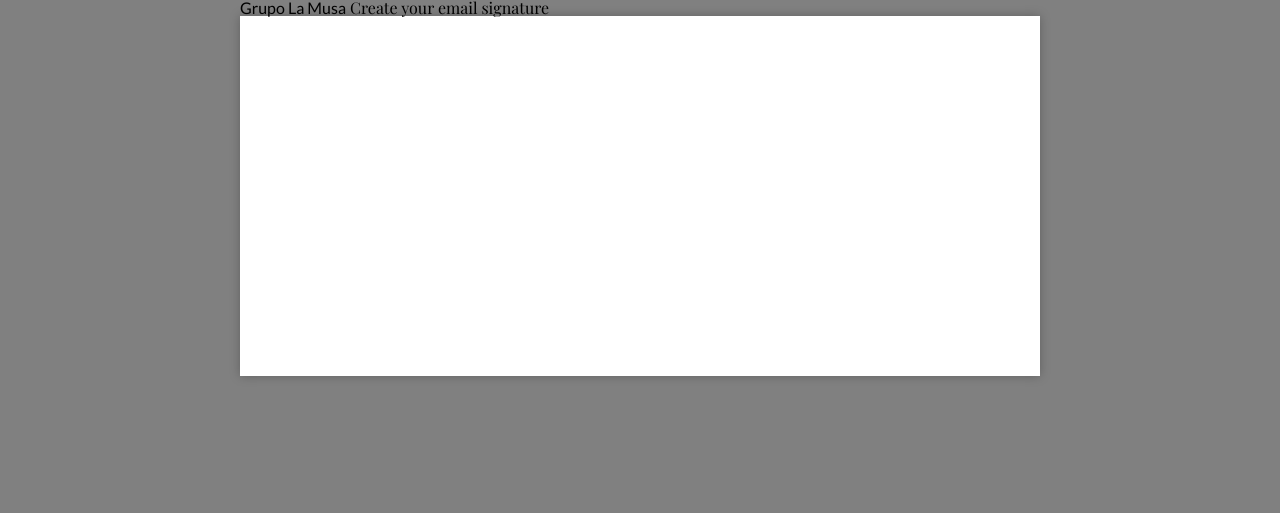
Repository: beltranrengifo/signature-planta
Page: /
These files come from the project's save history. The page is drawn as it stood at one moment and after the next save; the edit follows.
The browser window is 1280 px wide. The pictures show the whole page.
The project was rebuilt for these pictures with package versions that can differ from the ones it lists, and the page was loaded fresh each time. Also part of the build but not shown: vue.config.js.

Above is the page before, as saved 2019-08-30 16:36:22.

### public/index.html
<!DOCTYPE html>
<html lang="en">
  <head>
    <meta charset="utf-8">
    <meta http-equiv="X-UA-Compatible" content="IE=edge">
    <meta name="viewport" content="width=device-width,initial-scale=1.0">
    <link rel="icon" href="<%= BASE_URL %>favicon.ico">
    <title>signature-generator</title>
  </head>
  <body>
    <noscript>
      <strong>We're sorry but signature-generator doesn't work properly without JavaScript enabled. Please enable it to continue.</strong>
    </noscript>
    <div id="app"></div>
    <!-- built files will be auto injected -->
  </body>
</html>

### src/main.js
import Vue from 'vue'
import App from './App.vue'
import './assets/scss/main.scss'
import 'reset-css'

Vue.config.productionTip = false

new Vue({
  render: h => h(App)
}).$mount('#app')

### src/App.vue
<template>
  <div id="app">
    <app-title
      class="app-width"
      :title="title"
      :subtitle="subtitle" />
    <div
      class="app-container app-width">
      <signature-generator />
    </div>
  </div>
</template>

<script>
import SignatureGenerator from '@/components/SignatureGenerator.vue'
import AppTitle from '@/components/AppTitle.vue'

export default {
  name: 'app',
  components: {
    SignatureGenerator,
    AppTitle
  },
  data () {
    return {
      title: 'Create your email signature',
      subtitle: 'Grupo La Musa'
    }
  }
}
</script>

<style lang="scss" scoped>
  #app {
    background: grey;
    min-height: 100vh;
  }
  .app-width {
    width: 800px;
    max-width: 100%;
    margin: 0 auto;
  }
  .app-container {
    min-height: 50vh;
    box-shadow: 0px 0px 10px 0px rgba(0,0,0,0.25);
    background: $--color-white;
  }
</style>

### src/assets/scss/main.scss
@import url('https://fonts.googleapis.com/css?family=Lato:300,400,700|Playfair+Display:400,700&display=swap');
@import 'variables.scss';
@import 'base.scss';

### src/assets/scss/_variables.scss
$--font-serif: 'Playfair Display', serif;
$--font-sans: 'Lato', sans-serif;

$--color-white: white;

### src/components/SignatureGenerator.vue
<template>
  <div class="container">
  </div>
</template>

<script>
export default {
  name: 'SignatureGenerator'
}
</script>

<style lang="scss" scoped>

</style>

### src/components/AppTitle.vue
<template>
  <div class="app-title">
    <h1 class="app-title__title">
      <small class="app-title__subtitle">{{ subtitle }}</small>
      {{ title }}
    </h1>
  </div>
</template>

<script>
export default {
  name: 'AppTitle',
  props: {
    title: {
      type: String,
      required: true
    },
    subtitle: {
      type: String
    }
  }
}
</script>

<style lang="scss" scoped>
  .app-title {
    margin-top: 6rem;
    &__title {
      font-family: $--font-serif;
    }
    &__subtitle {
      font-family: $--font-sans;
    }
  }
</style>

### src/assets/scss/_base.scss
body {
  font-family: $--font-sans;
  font-size: 16px;
  -webkit-font-smoothing: antialiased;
  -moz-osx-font-smoothing: grayscale;
}

After the next save:
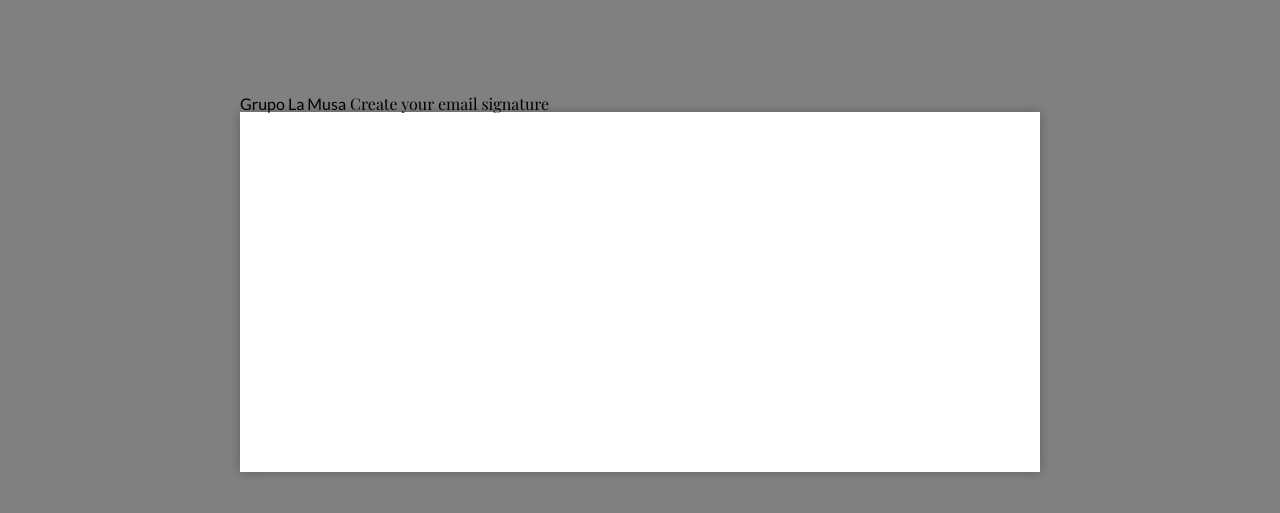
Saved 74 s later.
--- a/src/components/AppTitle.vue
+++ b/src/components/AppTitle.vue
@@ -24,7 +24,7 @@
 
 <style lang="scss" scoped>
   .app-title {
-    margin-top: 6rem;
+    padding-top: 6rem;
     &__title {
       font-family: $--font-serif;
     }
